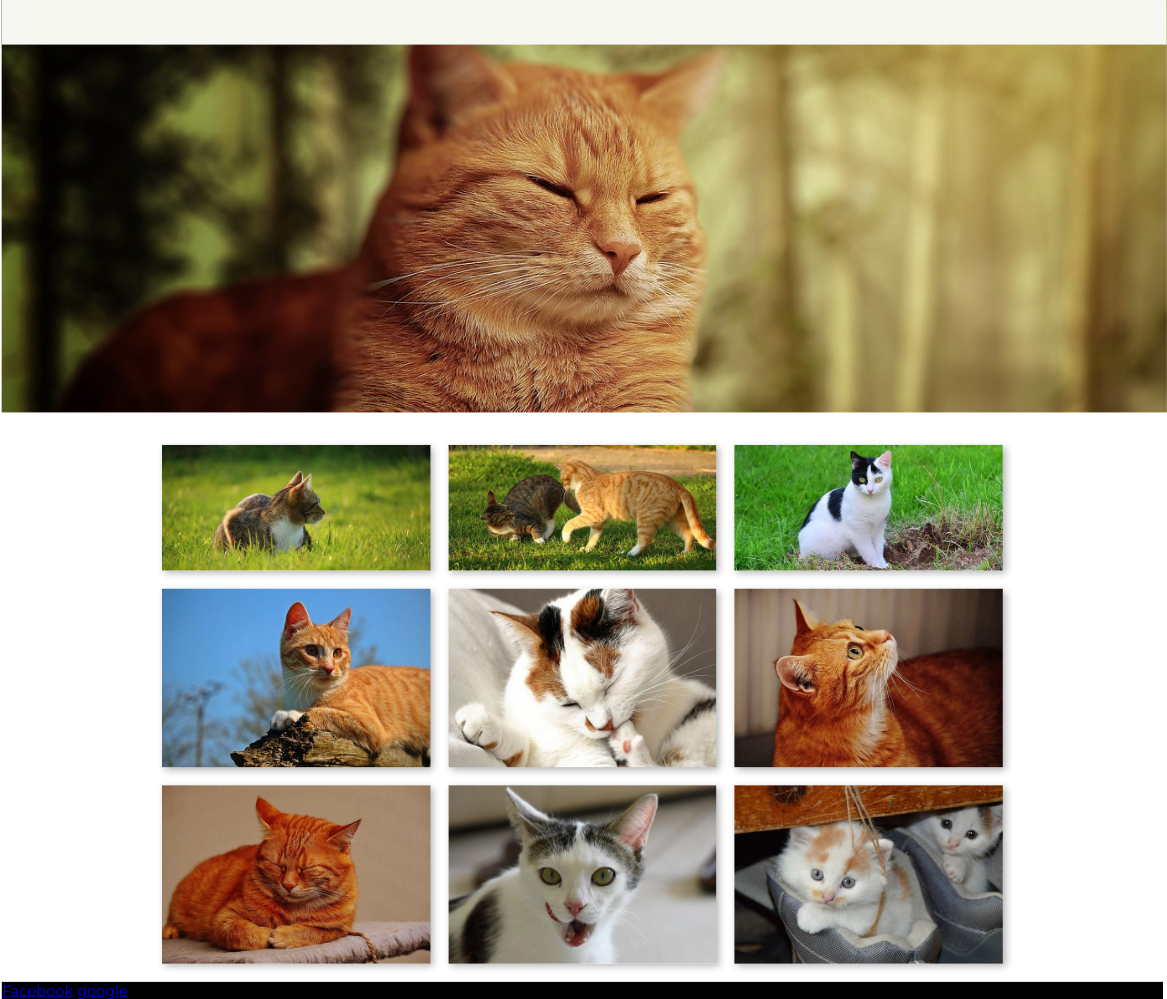
Repository: raul4264/final
Page: Gallery.html
The author's editor kept a copy of each file at every save. The page is drawn from the files as they stood at one save, then again after the next save.
The browser window is 1280 px wide. The page is 1282 px wide, so the pictures cover 1282 px, including what lies to the right of the window. The pictures show the whole page, at 91% of full size.

Above is the page before, as saved 2021-03-23 12:29:05.

After the next save:
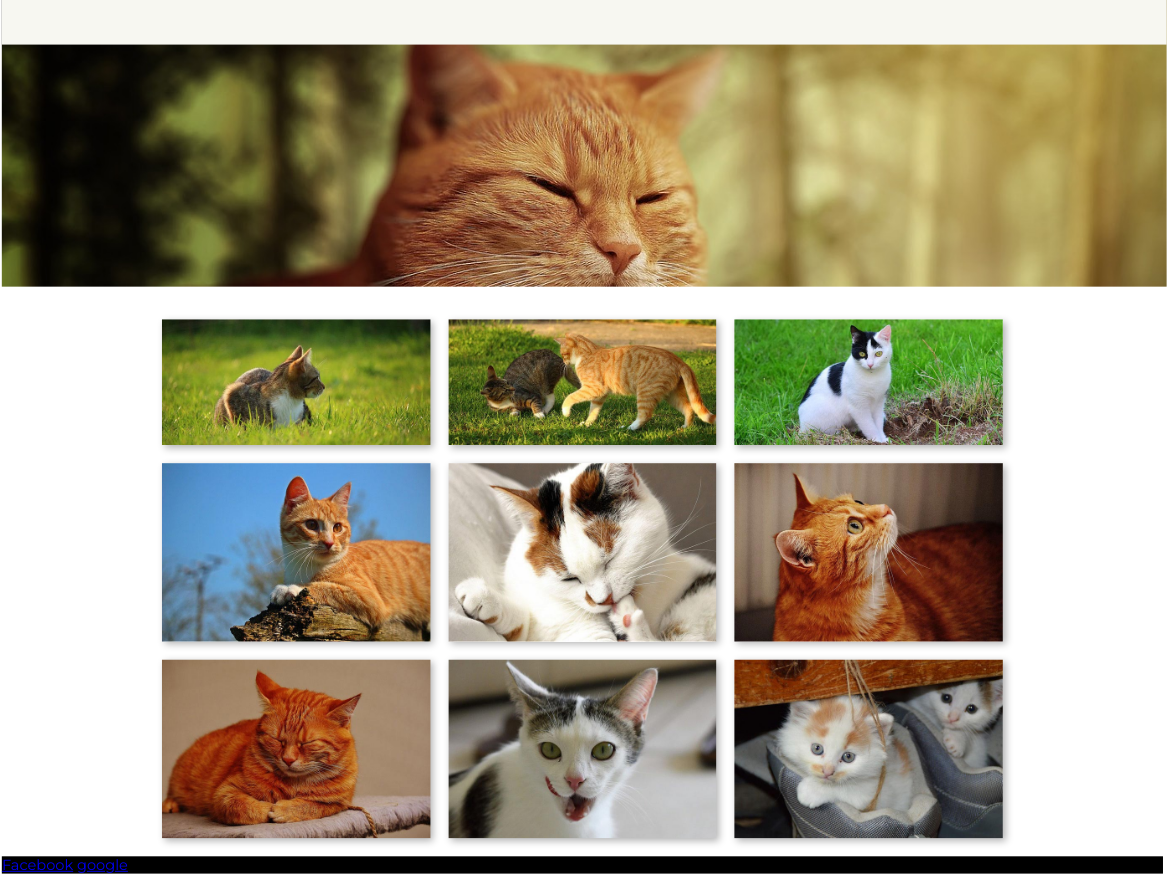
Saved 61 s later.
--- a/Gallery.html
+++ b/Gallery.html
@@ -11,7 +11,6 @@
 
 <body>
     <div id="grilla">
-        <header class="banner">
             <div class="banner">
 
                 <nav id="nav">
